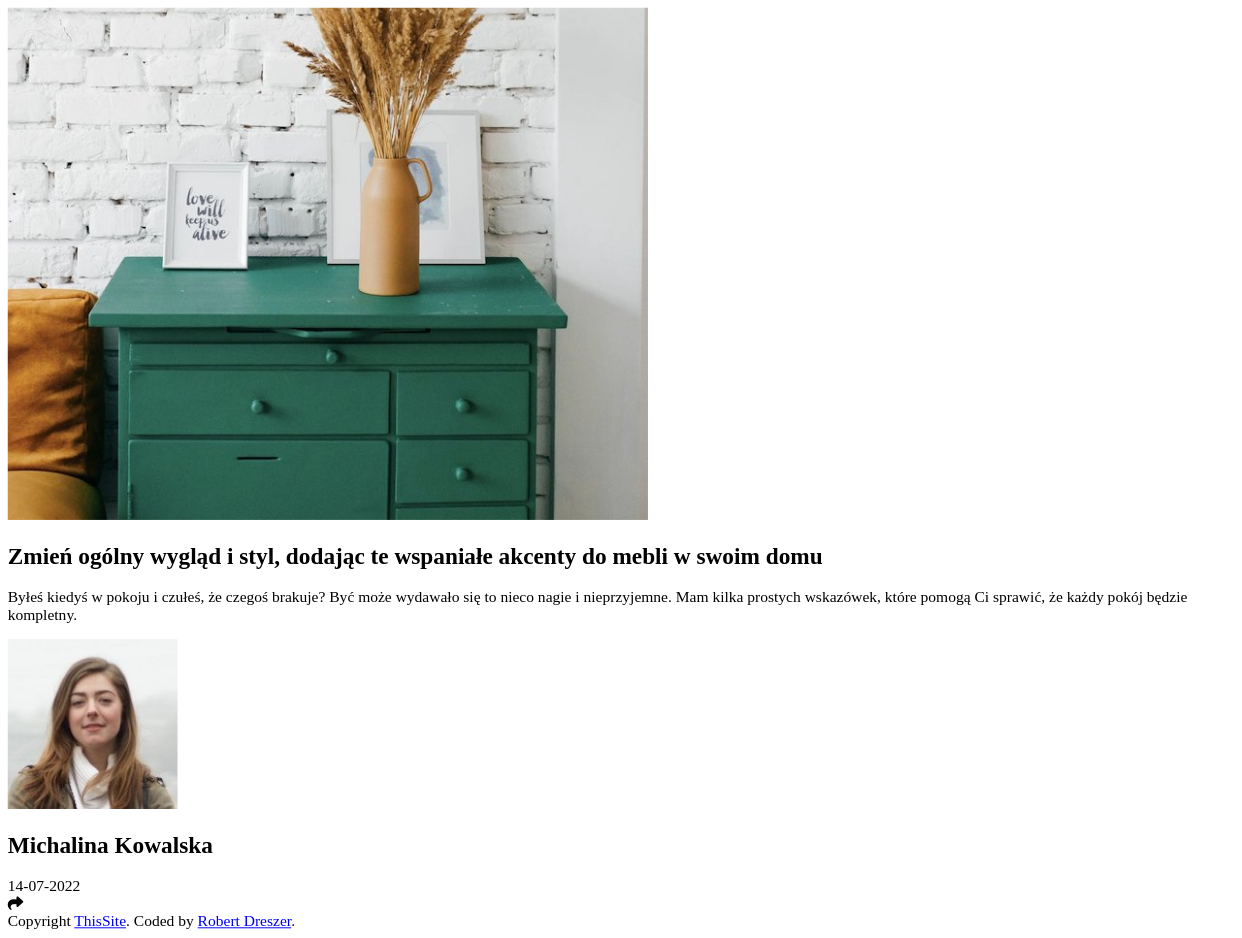
Repository: RobertDsr/komponent-podgl-du-produktu
Page: index.html
These files come from the project's save history. The page is drawn as it stood at one moment and after a run of saves; the edit follows.
The browser window is 1280 px wide. The pictures show the whole page, at 97% of full size.
Some web libraries are served in a nearby version.

Above is the page before, as saved 2022-07-14 11:27:07.

### index.html
<!DOCTYPE html>
<html lang="en">
<head>
  <meta charset="UTF-8">
  <meta name="viewport" content="width=device-width, initial-scale=1.0"> <!-- displays site properly based on user's device -->

  <link rel="icon" type="image/png" sizes="32x32" href="./images/favicon-32x32.png">
  <script src="https://kit.fontawesome.com/f1983936fd.js" crossorigin="anonymous"></script>

  <title>Article preview component</title>
</head>
<body>

  <div class="wrapper">
    <img src="./images/drawers.jpg" alt="zielona szafka z ustawionymi na niej gadżetami ">
    <section class="articleDescription">
      <h1 class="Title">Zmień ogólny wygląd i styl, dodając te wspaniałe akcenty do mebli w swoim domu</h1>
      <p>Byłeś kiedyś w pokoju i czułeś, że czegoś brakuje? Być może wydawało się to nieco nagie i nieprzyjemne. Mam kilka prostych wskazówek, które pomogą Ci sprawić, że każdy pokój będzie kompletny.</p>
      <div class="author">
        <img src="./images/avatar-michelle.jpg" alt="Michelle" class="imgAuthor">
        <div class="divAuthorName">
        <h2 class="authorName">Michalina Kowalska</h2>
        <time datetime="2022-07-14">14-07-2022</time>
      </div>
        <div class="socialMedia">
          <i class="fa-solid fa-share"></i>
        </div>
      </div>
    </section>
  </div>

  <div class="attribution">
    Copyright <a href="https://robertdreszer.pl/" target="_blank">ThisSite</a>.
    Coded by <a href="https://robertdreszer.pl/">Robert Dreszer</a>.
  </div>
</body>
</html>

After the next 2 saves:
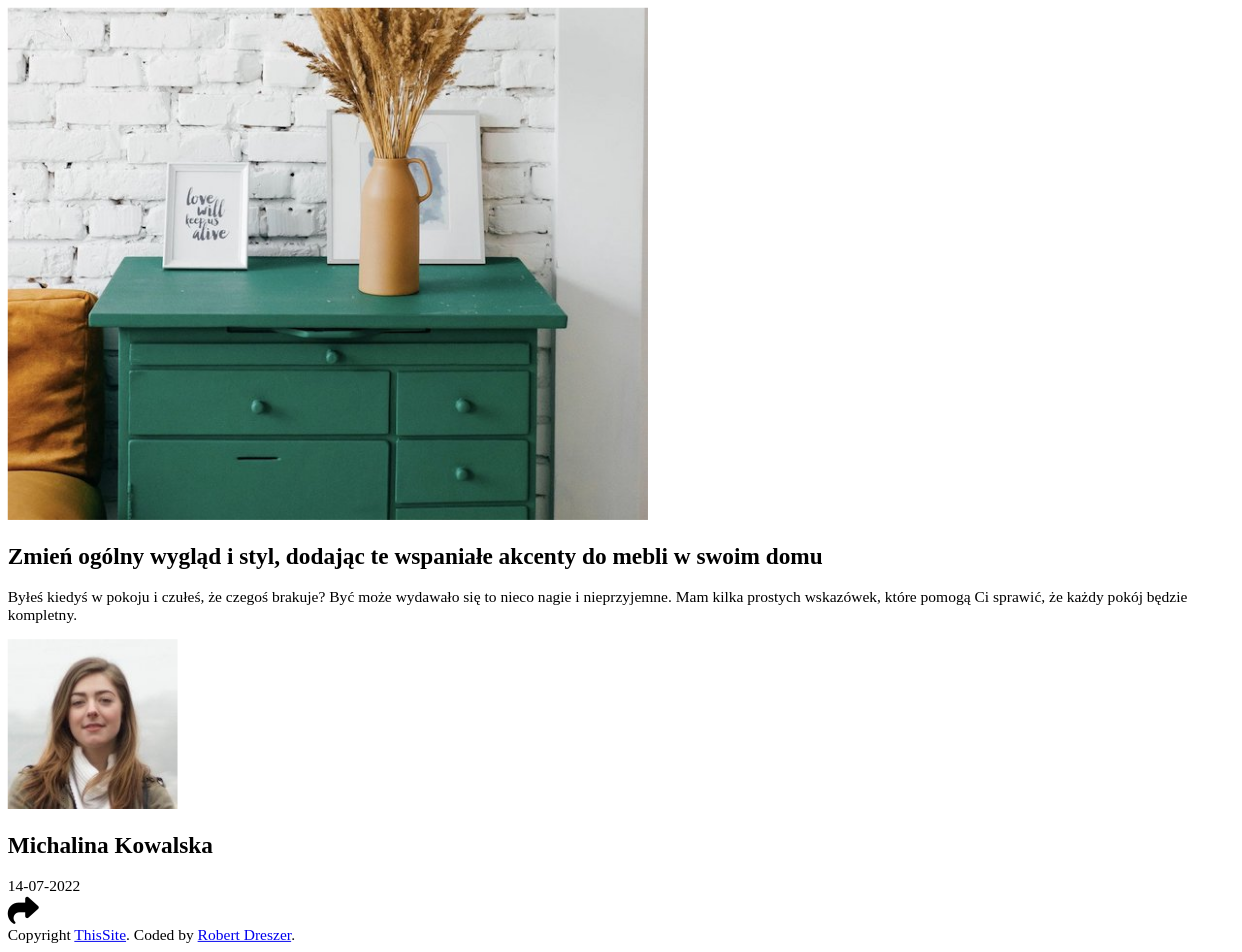
The 2 saves are shown as one change because they came seconds apart.
The last was saved 24 min 17 s later.
--- a/index.html
+++ b/index.html
@@ -23,7 +23,7 @@
         <time datetime="2022-07-14">14-07-2022</time>
       </div>
         <div class="socialMedia">
-          <i class="fa-solid fa-share"></i>
+          <i class="fa-solid fa-share fa-2x"></i>
         </div>
       </div>
     </section>
